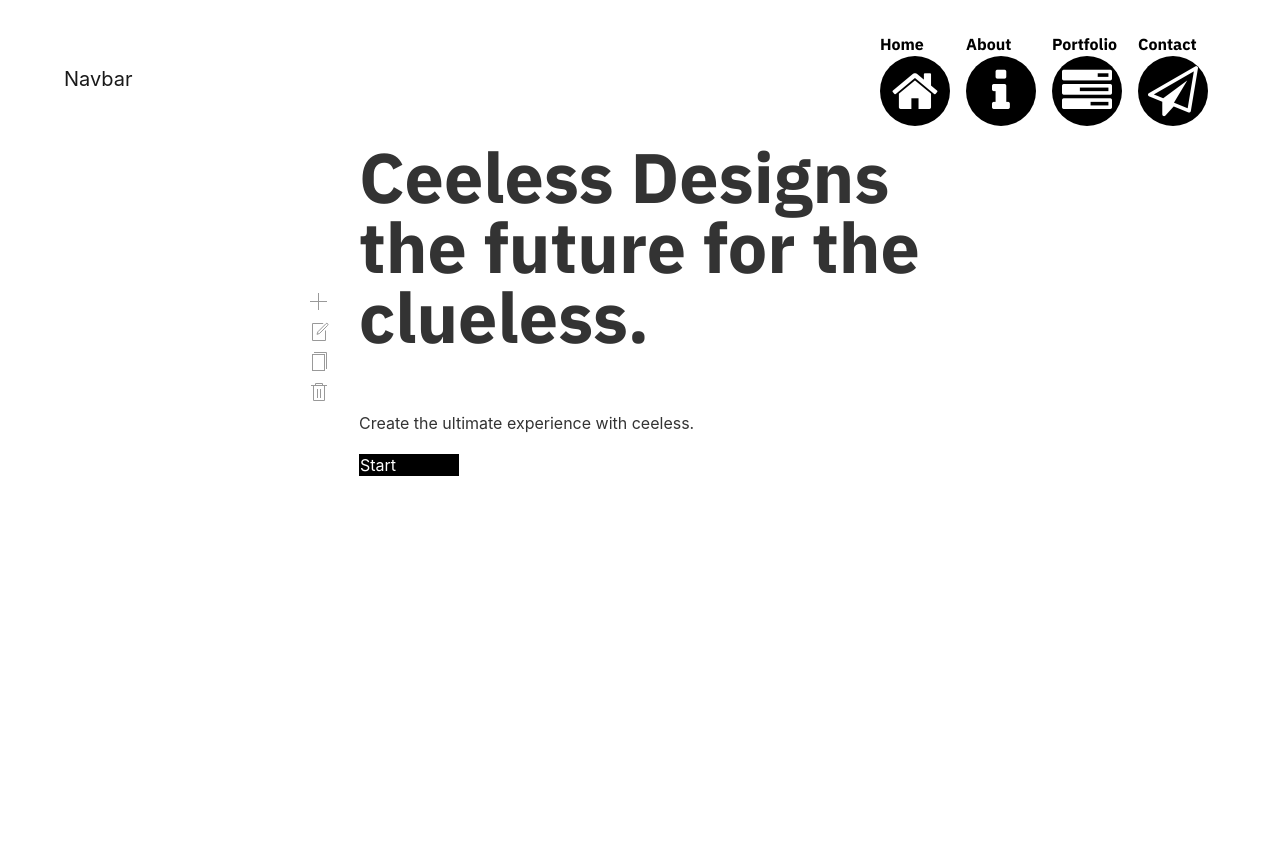
Repository: latenightsnacc/ceeless
Page: index.html
An editor plug-in stored every save of this project. The page is shown before and after the next save, followed by the edit.
The browser window is 1280 px wide. The pictures show the whole page.
Some web libraries are served in a nearby version. The style sheet was rebuilt from its Sass, Less or Tailwind sources for each picture, by a compiler version that may differ from the author's.

Above is the page before, as saved 2020-06-11 16:43:22.

### index.html
<!DOCTYPE html>
<html lang="en">
<head>
    <meta charset="UTF-8">
    <meta name="viewport" content="width=device-width, initial-scale=1.0">

    <!--Bootstrap-->
    <link rel="stylesheet" href="https://stackpath.bootstrapcdn.com/bootstrap/4.5.0/css/bootstrap.min.css" integrity="sha384-9aIt2nRpC12Uk9gS9baDl411NQApFmC26EwAOH8WgZl5MYYxFfc+NcPb1dKGj7Sk" crossorigin="anonymous">

    <!-- UIkit CSS -->
    <link rel="stylesheet" href="https://cdn.jsdelivr.net/npm/uikit@3.5.3/dist/css/uikit.min.css" />

    <!--Font Awesome Icons-->
    <link rel="stylesheet" href="https://maxcdn.bootstrapcdn.com/font-awesome/4.4.0/css/font-awesome.min.css">

    <!--Custom Stylesheet-->
    <link rel="stylesheet" href="Styles/stylesheet.css">

    <!--Page Title-->
    <title>Ceeless | Licorne Technologies</title>
</head>
<body>
    <main class="wrapper ml-5 mr-5">
        <!--NavBar-->
        <nav class="navbar navbar-expand-lg navbar-light bg-transparent mt-3">
            <!--Logo-->
            <a class="navbar-brand" href="#">Navbar</a>
            <!--Mobile NavBar Icon-->
            <div class="navbar-toggler" type="button" data-toggle="collapse" data-target="#navbarTogglerDemo03" aria-controls="navbarTogglerDemo03" aria-expanded="false" aria-label="Toggle navigation">
                <div class="nav-icon">
                    <span class="long-bar-one"></span>
                    <span class="short-bar-two"></span>
                    <span class="long-bar-three"></span>
                </div>
            </div>
            <div class="collapse navbar-collapse" id="navbarTogglerDemo03">
              <ul class="navbar-nav ml-auto mt-2 mt-lg-0">
                <li class="nav-item active">
                  <a class="nav-link" href="#"><span class="menu-text">Home</span><i class="fa fa-home"></i><span class="sr-only">(current)</span></a>
                </li>
                <li class="nav-item">
                  <a class="nav-link" href="#"><span class="menu-text">About</span><i class="fa fa-info"></i></a>
                </li>
                <li class="nav-item">
                  <a class="nav-link" href="#"><span class="menu-text">Portfolio</span><i class="fa fa-tasks" aria-hidden="true"></i></a>
                </li>
                <li class="nav-item">
                    <a class="nav-link" href="#"><span class="menu-text">Contact</span><i class="fa fa-send-o"></i></a>
                  </li>
              </ul>
            </div>
        </nav>
        <!--End of NavBar-->

        <!--Header wrapper-->
        <section class="header-wrapper container-fluid">
            <div class="row">
                <!--Social Icons-->
                <div class="col-3">
                    <ul class="uk-iconnav uk-iconnav-vertical uk-align-right@s align-middle	">
                        <li><a href="#" uk-icon="icon: plus"></a></li>
                        <li><a href="#" uk-icon="icon: file-edit"></a></li>
                        <li><a href="#" uk-icon="icon: copy"></a></li>
                        <li><a href="#" uk-icon="icon: trash"></a></li>
                    </ul>
                </div>
                <!--Header Message-->
                <div class="col-9 header-text">
                    <div class="card w-75">
                        <h1>Ceeless Designs the future for the clueless.</h1>
                        <h5>Create the ultimate experience with ceeless.</h5>
                        <a href="#" class="action-btn">Start</a>
                    </div>
                </div>
            </div>
        </section>
        <!--End of Header wrapper-->
    </main>

    <!-- JS, Popper.js, and jQuery -->
    <script src="https://code.jquery.com/jquery-3.5.1.slim.min.js" integrity="sha384-DfXdz2htPH0lsSSs5nCTpuj/zy4C+OGpamoFVy38MVBnE+IbbVYUew+OrCXaRkfj" crossorigin="anonymous"></script>
    <script src="https://cdn.jsdelivr.net/npm/popper.js@1.16.0/dist/umd/popper.min.js" integrity="sha384-Q6E9RHvbIyZFJoft+2mJbHaEWldlvI9IOYy5n3zV9zzTtmI3UksdQRVvoxMfooAo" crossorigin="anonymous"></script>
    <script src="https://stackpath.bootstrapcdn.com/bootstrap/4.5.0/js/bootstrap.min.js" integrity="sha384-OgVRvuATP1z7JjHLkuOU7Xw704+h835Lr+6QL9UvYjZE3Ipu6Tp75j7Bh/kR0JKI" crossorigin="anonymous"></script>
    <!-- UIkit JS -->
    <script src="https://cdn.jsdelivr.net/npm/uikit@3.5.3/dist/js/uikit.min.js"></script>
    <script src="https://cdn.jsdelivr.net/npm/uikit@3.5.3/dist/js/uikit-icons.min.js"></script>
</body>
</html>

### Styles/stylesheet.scss
@import 'variables';
@import 'navbar';
@import 'header';

*{
    margin: 0;
    padding: 0;
    text-decoration: none;
    list-style: none;
}
body{
    background-color: white;
}

### Styles/_variables.scss
@import url('https://fonts.googleapis.com/css2?family=IBM+Plex+Sans:wght@700&display=swap');

$font: 'IBM Plex Sans', sans-serif;
$dark: black;
$light: white;
$box-shadow: 0 5px 15px rgba(0,0,0,0.08);

### Styles/navbar.scss
@import 'variables';

.navbar-toggler{
    border: none;
    .nav-icon{
        display: flex;
        flex-direction: column;
        .long-bar-one, .long-bar-three, .short-bar-two{
            border: 2px solid $dark;
            margin-bottom: 5px;
        }
        .long-bar-one, .long-bar-three{
            width: 33px;
        }
        .short-bar-two{
            width: 20px;
        }

        &:hover{
            .long-bar-one, .long-bar-three{
                width: 20px;
                transition: width 300ms ease-in-out 0s;

            }
            .short-bar-two{
                width: 33px;

            }
        }
    }
}
.nav-item {
    .menu-text{
        font-family: $font;
        padding-right: 5px;
        font-weight: 500;
        color: $dark;
    }
    .fa{
        display: flex;
        justify-content: center;
        align-items: center;
        background-color: $dark;
        color: $light;
        height: 70px;
        width: 70px;
        font-size: 50px;
        border-radius: 50%;
    }
}

### Styles/header.scss
@import 'variables';

.align-middle{
    display: flex;
    flex-direction: column;
    justify-content: center;
    height: 400px;
}
.header-wrapper{
    height: 100vh;
    .header-text{
        .card{
            border: none;
            display: flex;
            flex-direction: column;
            justify-content: center;

            h1{
                font-size: 70px;
                line-height: 70px;
                font-family: $font;
            }
        }
    }
}
a.action-btn {
    border: 1px solid $dark;
    background-color: $dark;
    width: 100px;
    color: $light;
    line-height: 20px;
    &:hover{
        text-decoration: none;
    }

}

After the next save:
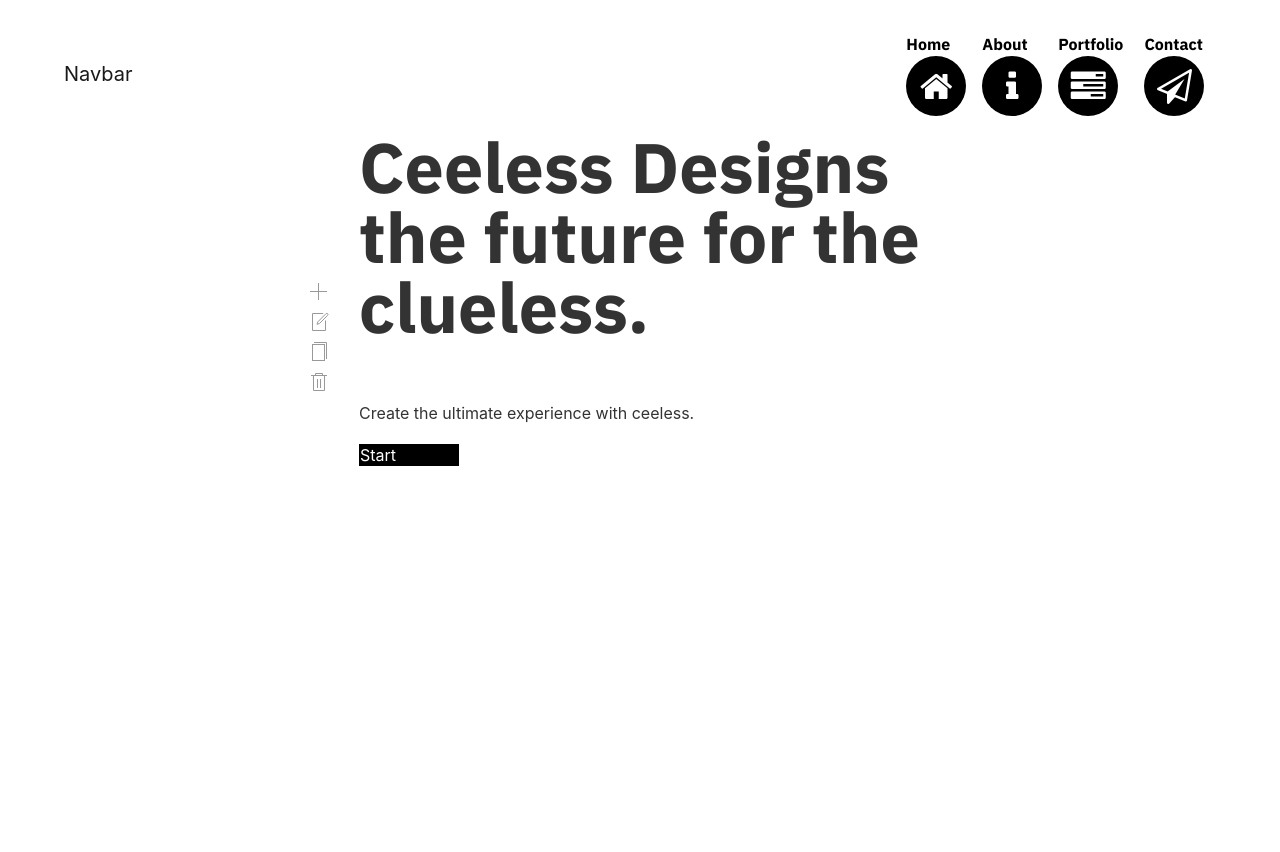
Saved 31 s later.
--- a/Styles/navbar.scss
+++ b/Styles/navbar.scss
@@ -42,9 +42,9 @@
         align-items: center;
         background-color: $dark;
         color: $light;
-        height: 70px;
-        width: 70px;
-        font-size: 50px;
+        height: 60px;
+        width: 60px;
+        font-size: 35px;
         border-radius: 50%;
     }
 }
